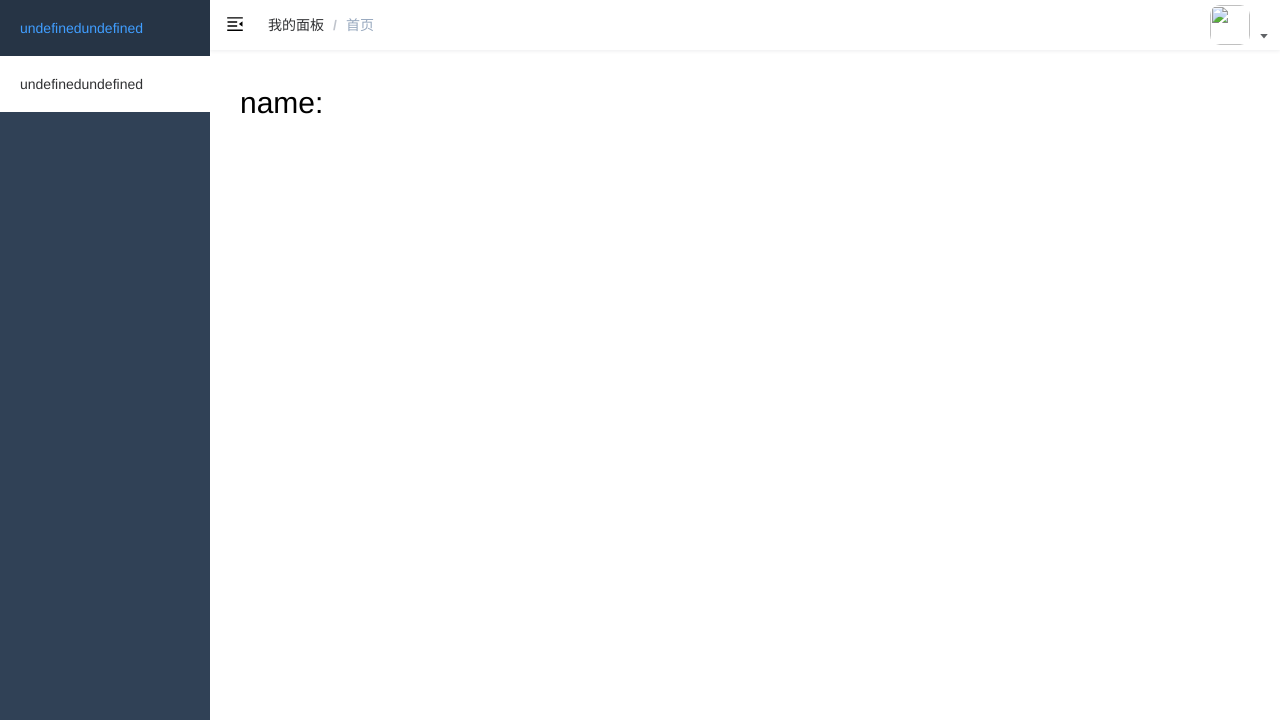
Repository: hongcheng-choi/yck-admin
Page: /
These files come from the project's save history. The page is drawn as it stood at one moment and after the next save; the edit follows.
The browser window is 1280 px wide. The pictures show the whole page.
The page's requests for data from a server got no answer. The project was rebuilt for these pictures with package versions that can differ from the ones it lists, and the page was loaded fresh each time. No one was signed in, and anything a server would have sent is missing. Also part of the build but not shown: vue.config.js, src/layout/components/Sidebar/Logo.vue, src/styles/variables.scss.

Above is the page before, as saved 2020-08-03 17:38:08.

After the next save:
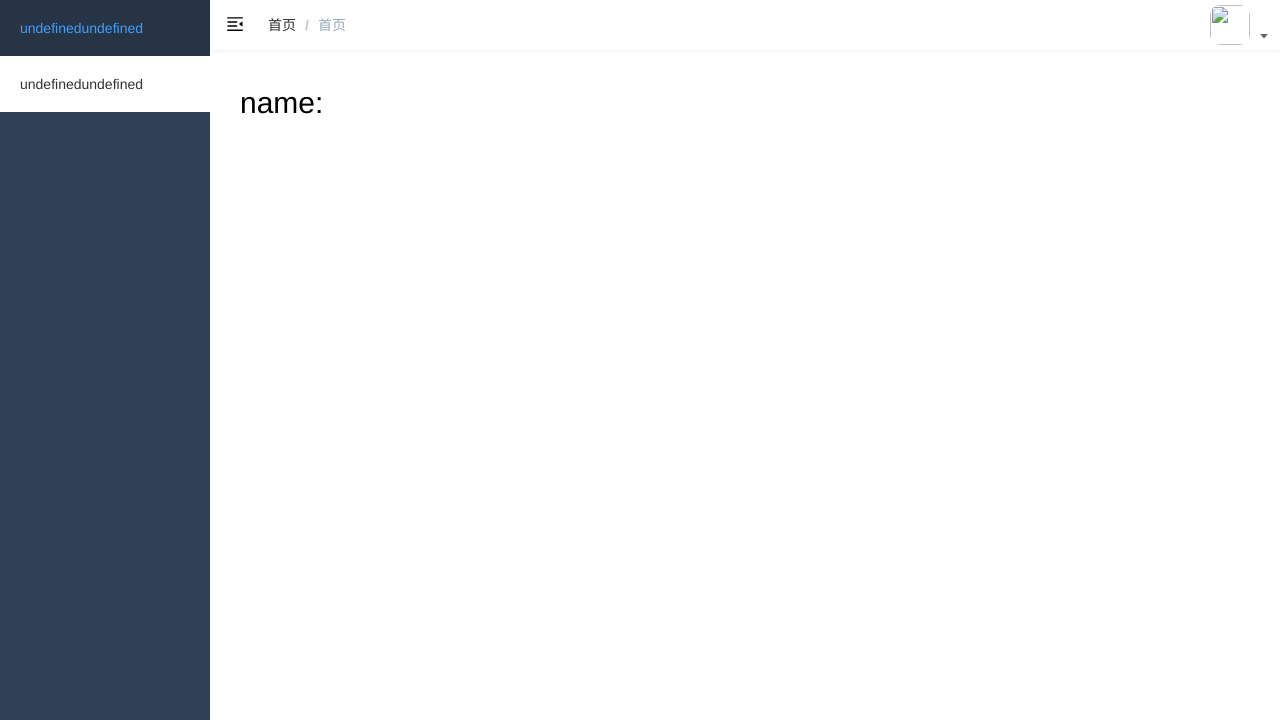
Saved 63 s later.
--- a/src/components/Breadcrumb/index.vue
+++ b/src/components/Breadcrumb/index.vue
@@ -3,7 +3,7 @@
  * @Autor: chc
  * @Date: 2020-08-03 16:07:19
  * @LastEditors: chc
- * @LastEditTime: 2020-08-03 17:02:09
+ * @LastEditTime: 2020-08-03 17:39:11
 -->
 <template>
   <el-breadcrumb class="app-breadcrumb" separator="/">
@@ -40,7 +40,7 @@ export default {
       const first = matched[0]
 
       if (!this.isDashboard(first)) {
-        matched = [{ path: '/index', meta: { title: '我的面板' }}].concat(matched)
+        matched = [{ path: '/index', meta: { title: '首页' }}].concat(matched)
       }
 
       this.levelList = matched.filter(item => item.meta && item.meta.title && item.meta.breadcrumb !== false)
